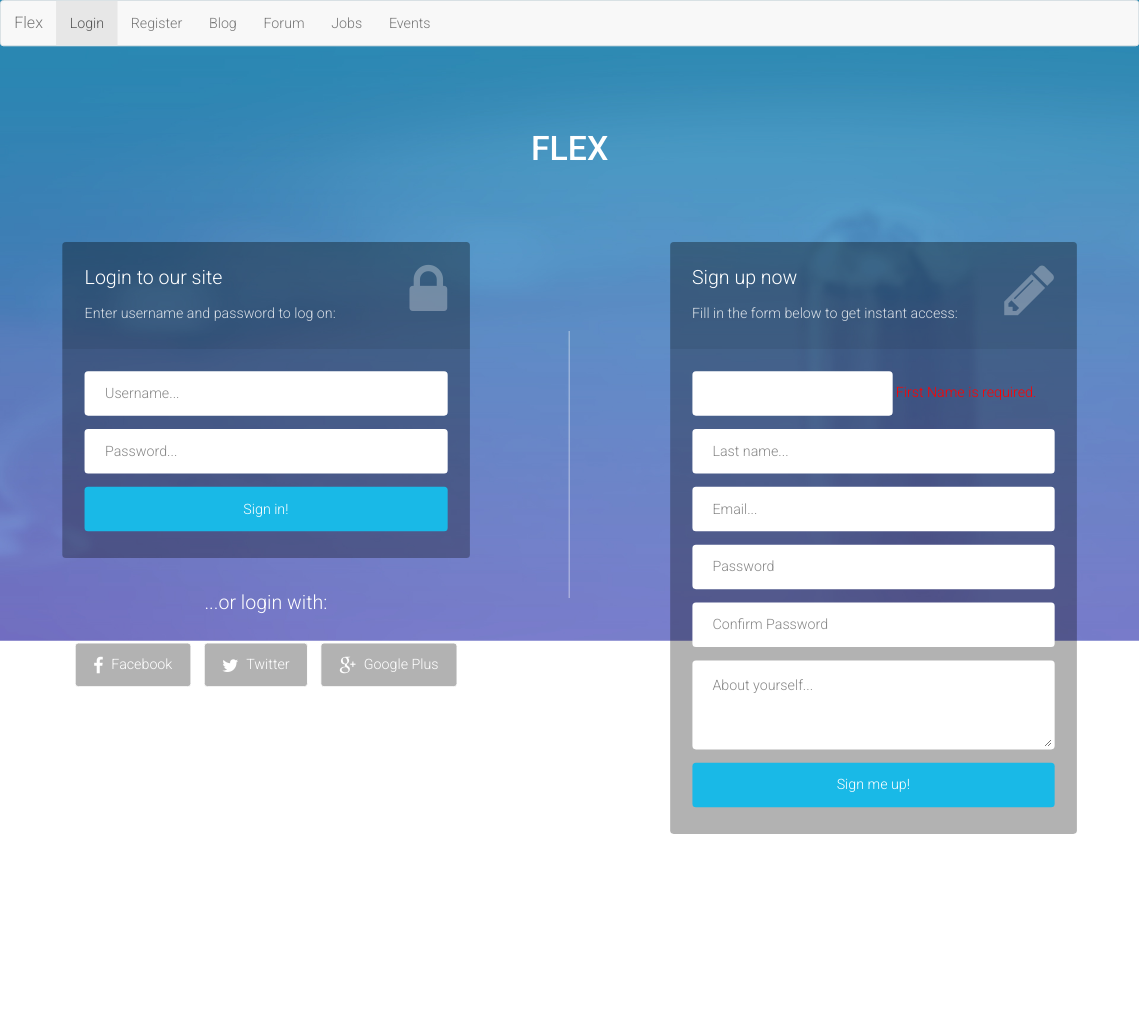
Repository: Angelamritha2012/Flex
Page: Collaboration/WebContent/index.html
The author's editor kept a copy of each file at every save. The page is drawn from the files as they stood at one save, then again after the next save.
The browser window is 1280 px wide. The pictures show the whole page, at 89% of full size.
Some web libraries are served in a nearby version.

Above is the page before, as saved 2017-11-29 13:57:20.

After the next save:
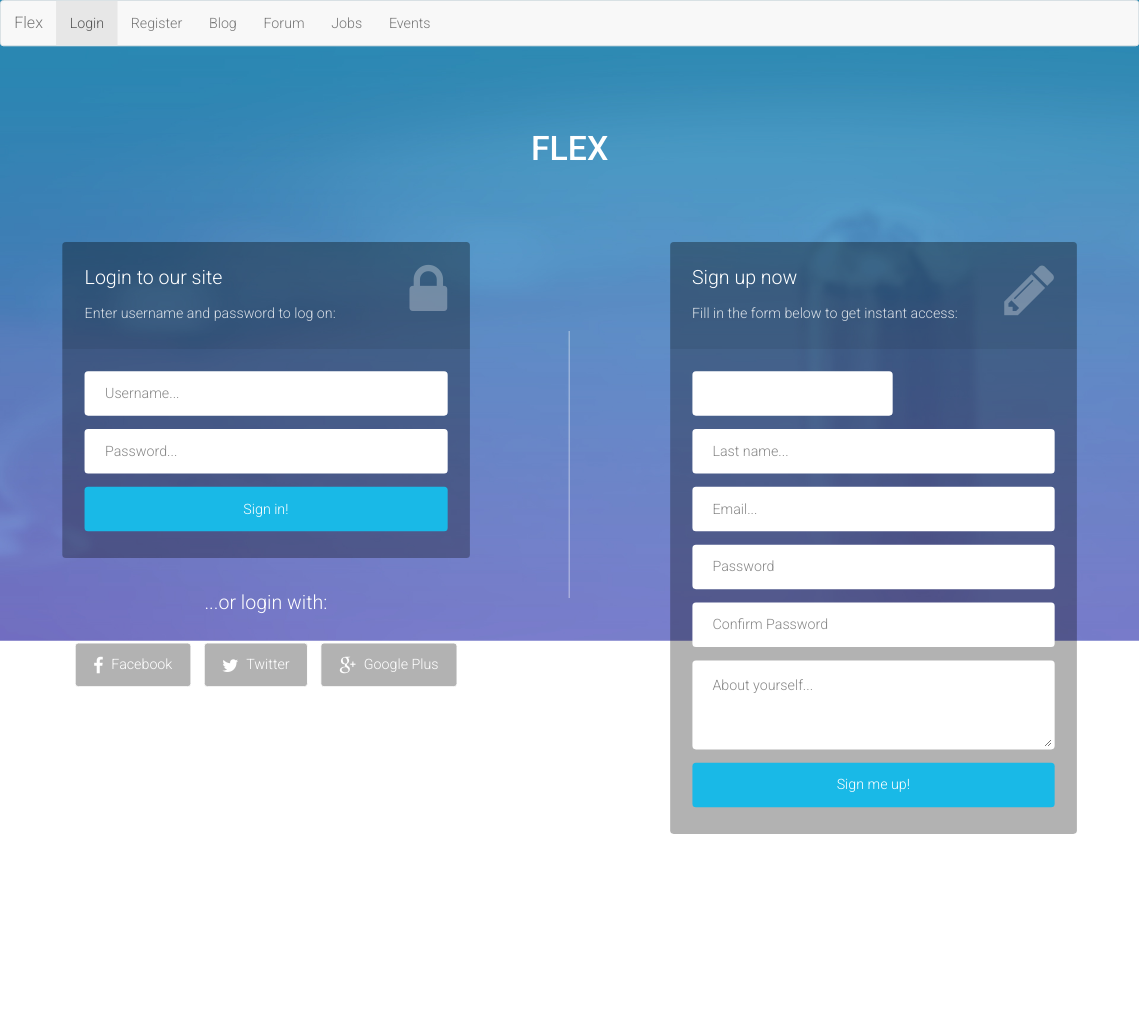
Saved 5 min 12 s later.
--- a/Collaboration/WebContent/index.html
+++ b/Collaboration/WebContent/index.html
@@ -2,6 +2,7 @@
 <html ng-app="">
 
     <head>
+      <script src = "http://ajax.googleapis.com/ajax/libs/angularjs/1.3.14/angular.min.js"></script>
 
         <meta charset="utf-8">
         <meta http-equiv="X-UA-Compatible" content="IE=edge">
